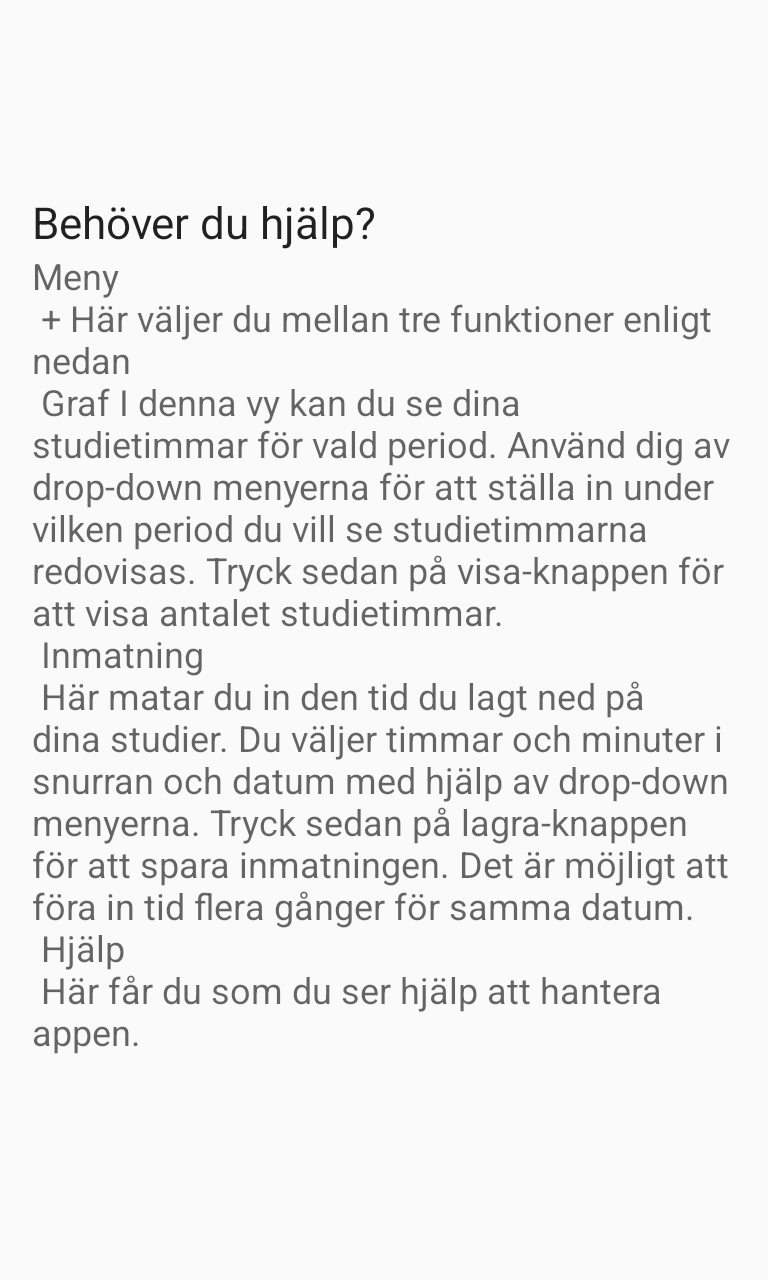
Repository: Dinova/Studiekoll
Layout: Studiekoll/Studiekoll/res/layout/fragment_help.xml
The author's editor kept a copy of each file at every save. The layout is drawn from the files as they stood at one save, then again after the next save.
It is drawn on a 768 x 1280 px phone screen (xhdpi) without system bars, with theme AppTheme; the app's code is not run.

Above is the layout before, as saved 2014-05-16 09:46:37.

### Studiekoll/Studiekoll/res/layout/fragment_help.xml
<LinearLayout xmlns:android="http://schemas.android.com/apk/res/android"
    xmlns:tools="http://schemas.android.com/tools"
    android:layout_width="match_parent"
    android:layout_height="match_parent"
    android:orientation="vertical"
    android:paddingBottom="@dimen/activity_vertical_margin"
    android:paddingLeft="@dimen/activity_horizontal_margin"
    android:paddingRight="@dimen/activity_horizontal_margin"
    android:paddingTop="@dimen/activity_vertical_margin"
    tools:context="com.grupp8DAT255.studiekoll.HelpActivity$PlaceholderFragment" >

    <TextView
        android:id="@+id/textView1"
        android:layout_width="wrap_content"
        android:layout_height="wrap_content"
        android:layout_alignParentTop="true"
        android:layout_centerHorizontal="true"
        android:layout_marginTop="80dp"
        android:text="Behöver du hjälp?"
        android:textAppearance="?android:attr/textAppearanceLarge" />

    <ScrollView
        android:layout_width="fill_parent"
    	android:layout_height="fill_parent" >

    	<TextView
        	android:id="@+id/textView2"
        	android:layout_width="wrap_content"
        	android:layout_height="wrap_content"
        	android:scrollHorizontally="true"
        	android:scrollbarAlwaysDrawVerticalTrack="true"
        	android:text="@string/help_text"
        	android:textAppearance="?android:attr/textAppearanceMedium" />

    </ScrollView>

     <Button
        android:id="@+id/button1"
        style="?android:attr/buttonStyleSmall"
        android:layout_width="wrap_content"
        android:layout_height="wrap_content"
        android:layout_marginBottom="35dp"
        android:text="OK"
        android:onClick="backToMain"/>

</LinearLayout>

### Studiekoll/Studiekoll/res/values/strings.xml
<?xml version="1.0" encoding="utf-8"?>
<resources>

    <string name="app_name">Studiekoll</string>
    <string name="action_settings">Settings</string>
    <string name="edit_message">Insert number of hours</string>
    <string name="button_graphics">Graf</string>
    <string name="button_input">Inmatning</string>
    <string name="button_help">Hjälp</string>
    <string name="title_activity_help">Hjälp</string>
    <string name="help_text">
        "Meny\n"
        + "Här väljer du mellan tre funktioner enligt nedan\n"

        Graf
        I denna vy kan du se dina studietimmar för vald period.
        Använd dig av drop-down menyerna för att ställa in under
        vilken period du vill se studietimmarna redovisas.
        Tryck sedan på "visa"-knappen för att visa antalet studietimmar.
        \n
        Inmatning \n
        Här matar du in den tid du lagt ned på dina studier. Du väljer
        timmar och minuter i snurran och datum med hjälp av drop-down
        menyerna. Tryck sedan på "lagra"-knappen för att spara inmatningen.
        Det är möjligt att föra in tid flera gånger för samma datum.
        \n
        Hjälp \n
        Här får du som du ser hjälp att hantera appen."</string>

</resources>

Loaded but not shown: Studiekoll/Studiekoll/res/values/styles.xml (common file); Studiekoll/Studiekoll/res/values-v11/styles.xml (common file); Studiekoll/Studiekoll/res/values-v14/styles.xml (common file); Studiekoll/Studiekoll/res/values/dimens.xml (common file); Studiekoll/Studiekoll/res/values-w820dp/dimens.xml (common file)

After the next save:
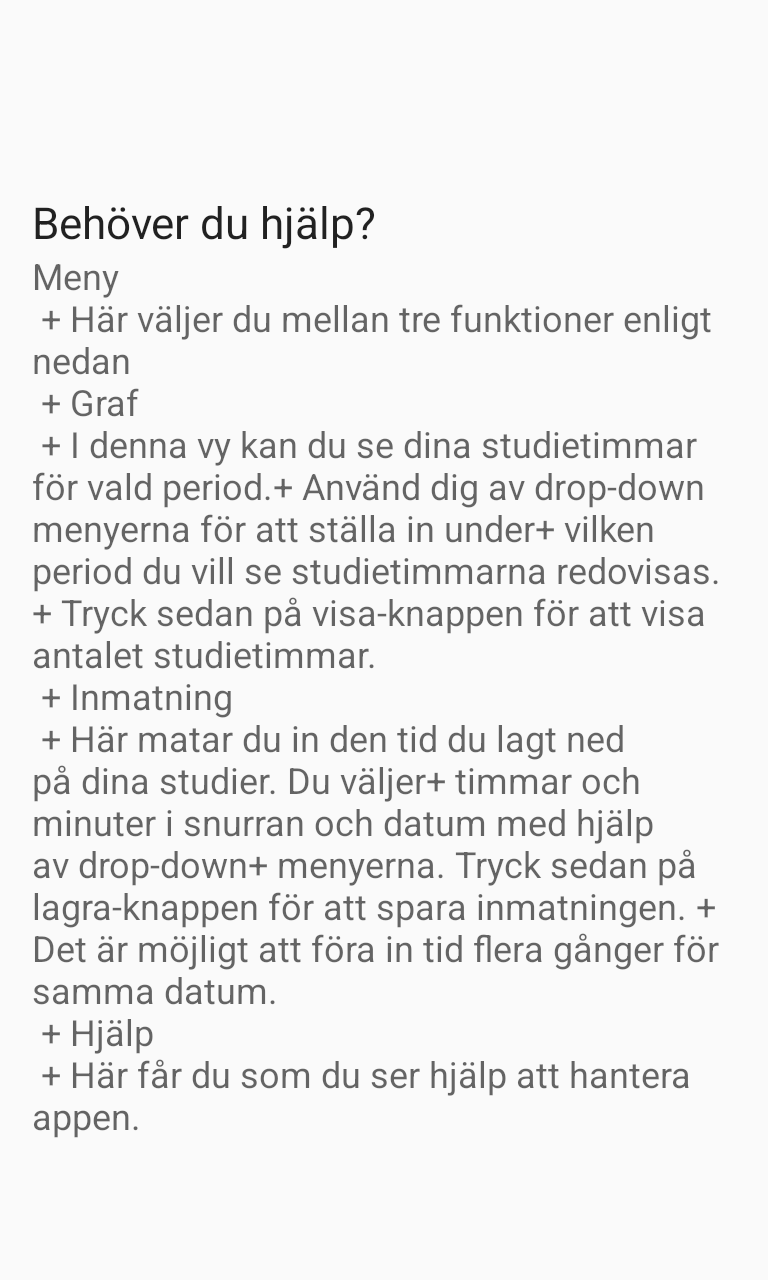
Saved 3 min 19 s later.
--- a/Studiekoll/Studiekoll/res/values/strings.xml
+++ b/Studiekoll/Studiekoll/res/values/strings.xml
@@ -11,20 +11,20 @@
     <string name="help_text">
         "Meny\n"
         + "Här väljer du mellan tre funktioner enligt nedan\n"
+        + "Graf\n"
 
-        Graf
-        I denna vy kan du se dina studietimmar för vald period.
-        Använd dig av drop-down menyerna för att ställa in under
-        vilken period du vill se studietimmarna redovisas.
-        Tryck sedan på "visa"-knappen för att visa antalet studietimmar.
-        \n
-        Inmatning \n
-        Här matar du in den tid du lagt ned på dina studier. Du väljer
-        timmar och minuter i snurran och datum med hjälp av drop-down
-        menyerna. Tryck sedan på "lagra"-knappen för att spara inmatningen.
-        Det är möjligt att föra in tid flera gånger för samma datum.
-        \n
-        Hjälp \n
-        Här får du som du ser hjälp att hantera appen."</string>
+        + "I denna vy kan du se dina studietimmar för vald period."
+        + "Använd dig av drop-down menyerna för att ställa in under"
+        + "vilken period du vill se studietimmarna redovisas."
+        + "Tryck sedan på "visa"-knappen för att visa antalet studietimmar.\n"
+
+        + "Inmatning\n"
+        + "Här matar du in den tid du lagt ned på dina studier. Du väljer"
+        + "timmar och minuter i snurran och datum med hjälp av drop-down"
+        + "menyerna. Tryck sedan på "lagra"-knappen för att spara inmatningen."
+        + "Det är möjligt att föra in tid flera gånger för samma datum.\n"
+
+        + "Hjälp\n"
+        + "Här får du som du ser hjälp att hantera appen."</string>
 
 </resources>
